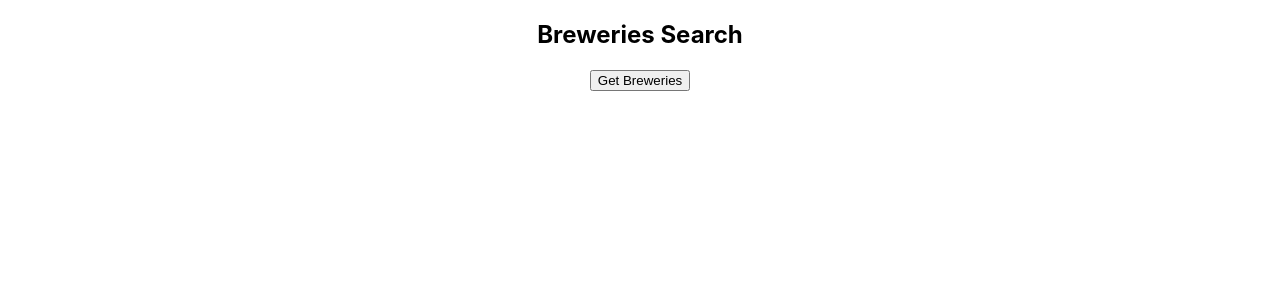
Repository: Babarindeolanrewaju2/react_breweries_app
Page: /
The author's editor kept a copy of each file at every save. The page is drawn from the files as they stood at one save, then again after the next save.
The browser window is 1280 px wide. The pictures show the whole page.
The project was rebuilt for these pictures with package versions that can differ from the ones it lists, and the page was loaded fresh each time. Also part of the build but not shown: src/component/Breweries.js.

Above is the page before, as saved 2020-03-30 09:59:11.

After the next save:
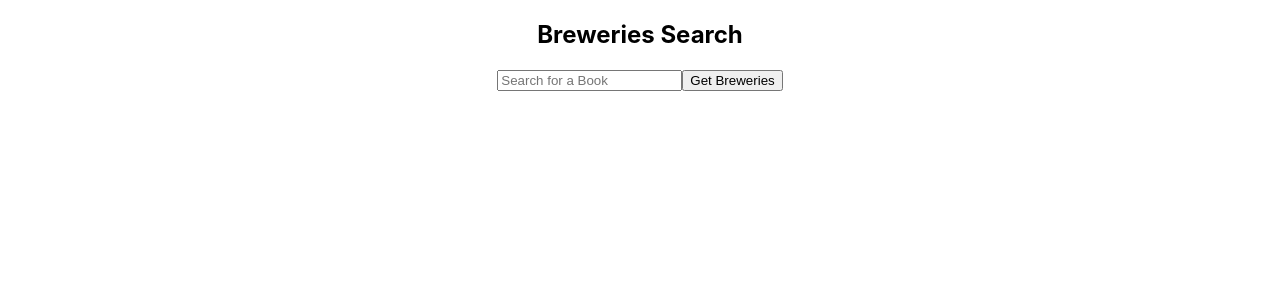
Saved 2 min 55 s later.
--- a/src/App.js
+++ b/src/App.js
@@ -11,7 +11,7 @@ class App extends Component {
     }
   }
 
-  search() {
+  breweries() {
     const BASE_URL = `https://api.openbrewerydb.org/breweries`;
     fetch(`${BASE_URL}`, {
       method: 'GET'
@@ -23,10 +23,33 @@ class App extends Component {
       })
   }
 
+  getBrewery() {
+    const BASE_URL = `https://www.googleapis.com/books/v1/volumes?q=`;
+    fetch(`${BASE_URL}${this.state.query}`, {
+      method: 'GET'
+    })
+      .then(response => response.json())
+      .then(json => {
+        console.log('book items', json);
+        let { items } = json;
+        this.setState({ items });
+      })
+  }
+
   render() {
     return (
       <div className="App">
         <h2 className="title">Breweries Search</h2>
+        <input
+          type="text"
+          placeholder="Search for a Book"
+          onChange={event => { this.setState({ query: event.target.value }) }}
+          onKeyPress={event => {
+            if (event.key === "Enter") {
+              this.search()
+            }
+          }}
+        />
 
         <button
           type="text"
